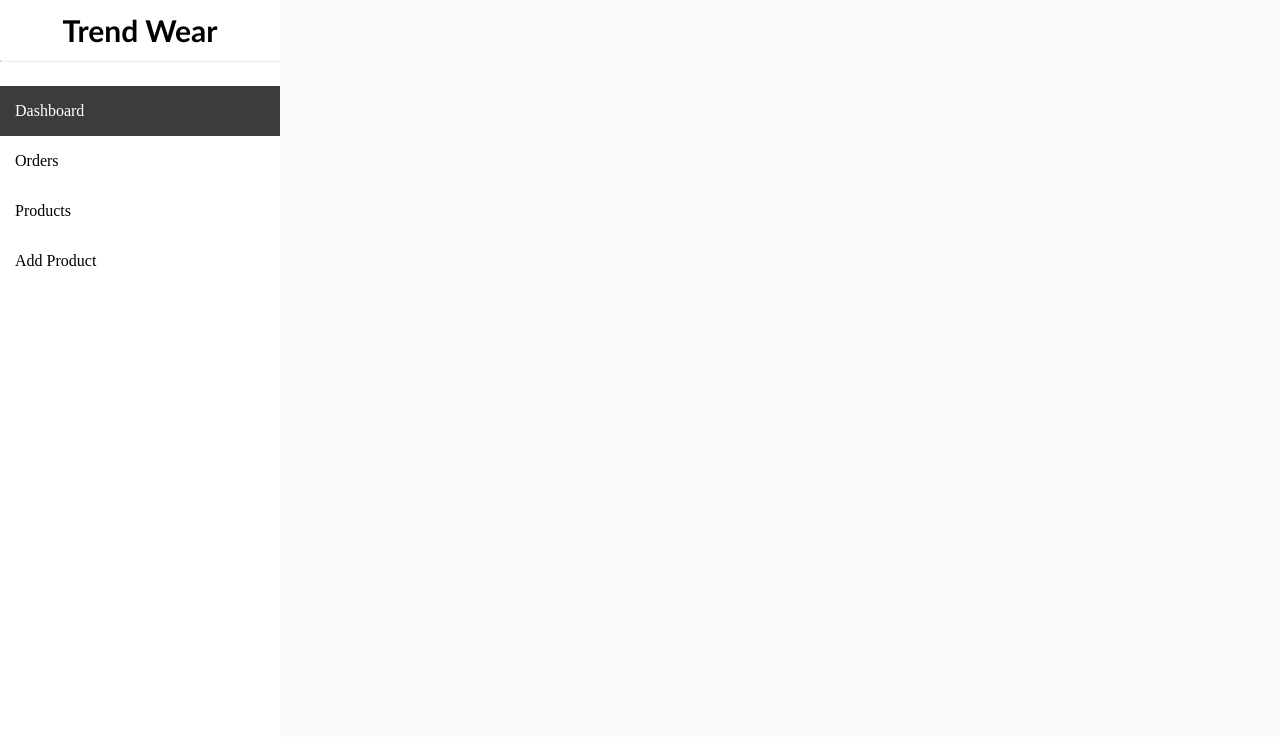
Repository: ahmad-dev7/TrendWear
Page: / (app in trend_wear_dashboard/)
The author's editor kept a copy of each file at every save. The page is drawn from the files as they stood at one save, then again after the next save.
The browser window is 1280 px wide. The pictures show the whole page.
The project was rebuilt for these pictures with package versions that can differ from the ones it lists, and the page was loaded fresh each time. Also part of the build but not shown: trend_wear_dashboard/vite.config.ts.

Above is the page before, as saved 2025-01-19 14:48:01.

After the next save:
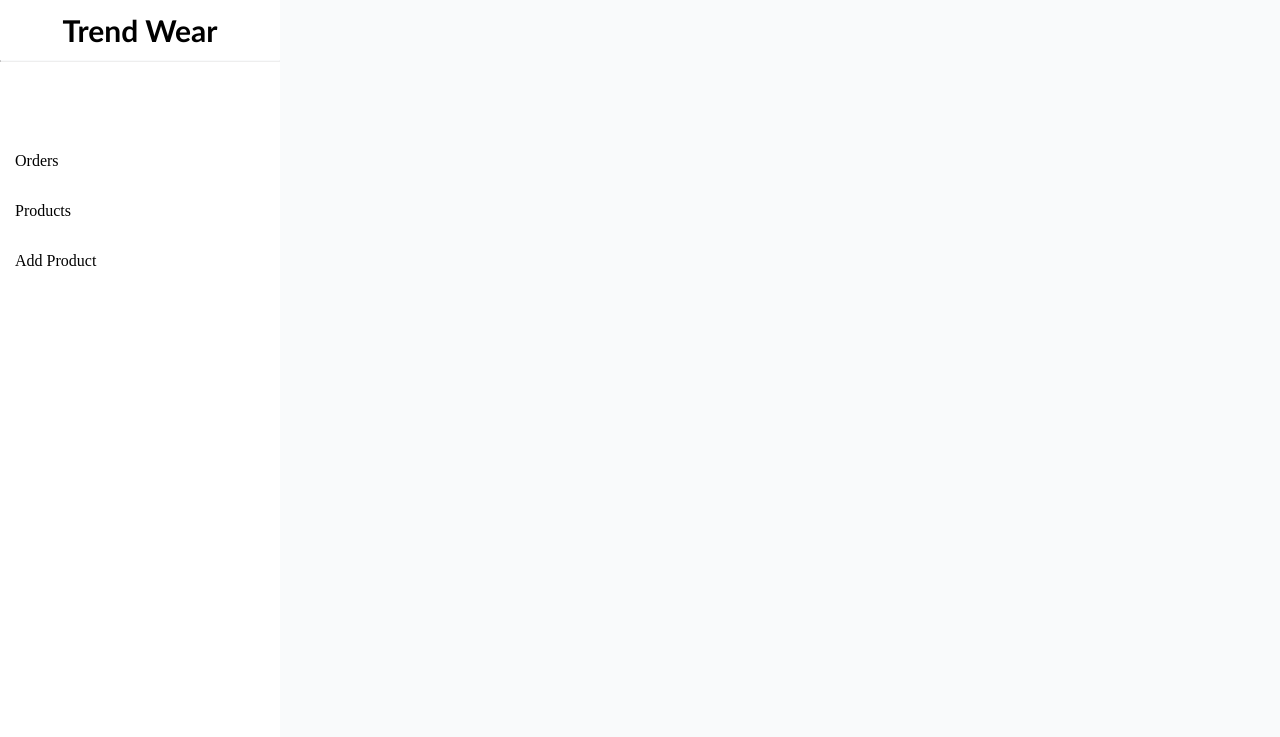
Saved 25 s later.
--- a/trend_wear_dashboard/src/Sidebar/sidebar.css
+++ b/trend_wear_dashboard/src/Sidebar/sidebar.css
@@ -45,7 +45,7 @@
 }
 
 
-#sidebar-content .active {
+#sidebar-content a .active {
     background-color: #3c3c3c;
     color: white;
 }

After the 2 saves that followed:
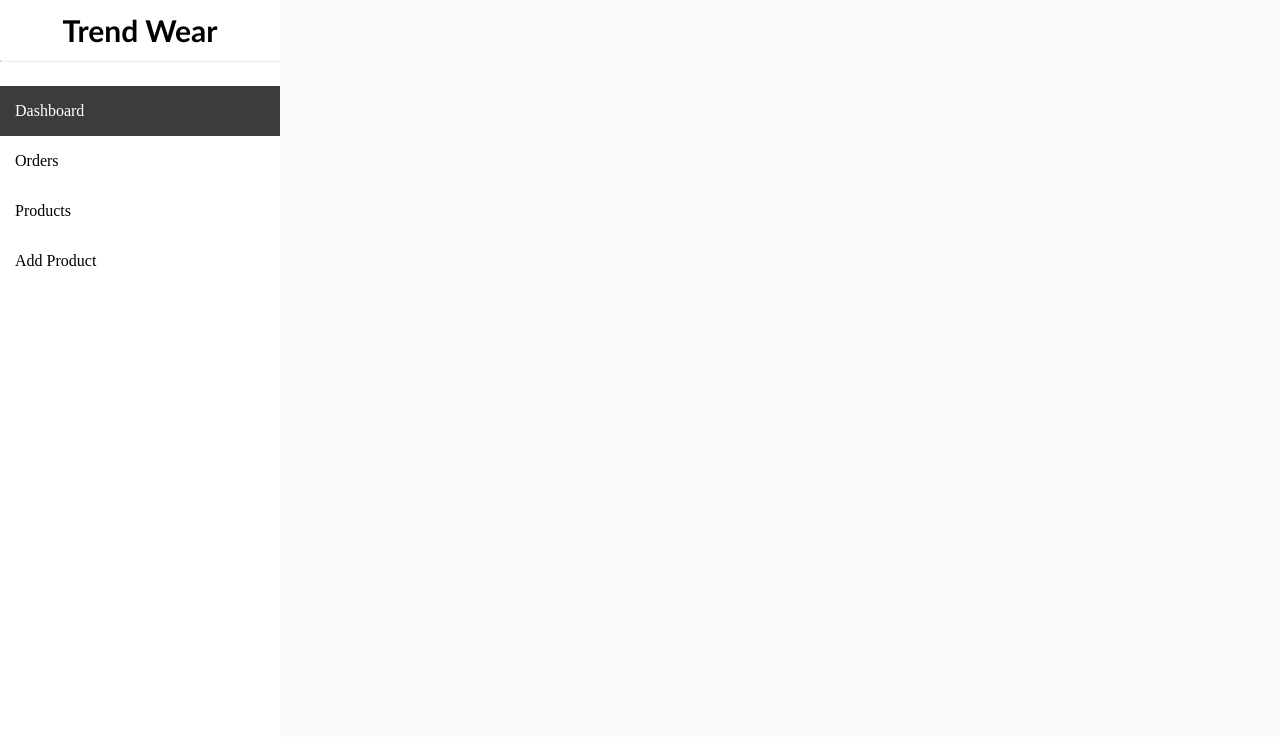
The 2 saves are shown as one change because 1 left the picture as it was.
The last was saved 14 s later.
--- a/trend_wear_dashboard/src/Sidebar/sidebar.css
+++ b/trend_wear_dashboard/src/Sidebar/sidebar.css
@@ -45,7 +45,7 @@
 }
 
 
-#sidebar-content a .active {
+#sidebar-content .active {
     background-color: #3c3c3c;
     color: white;
 }
